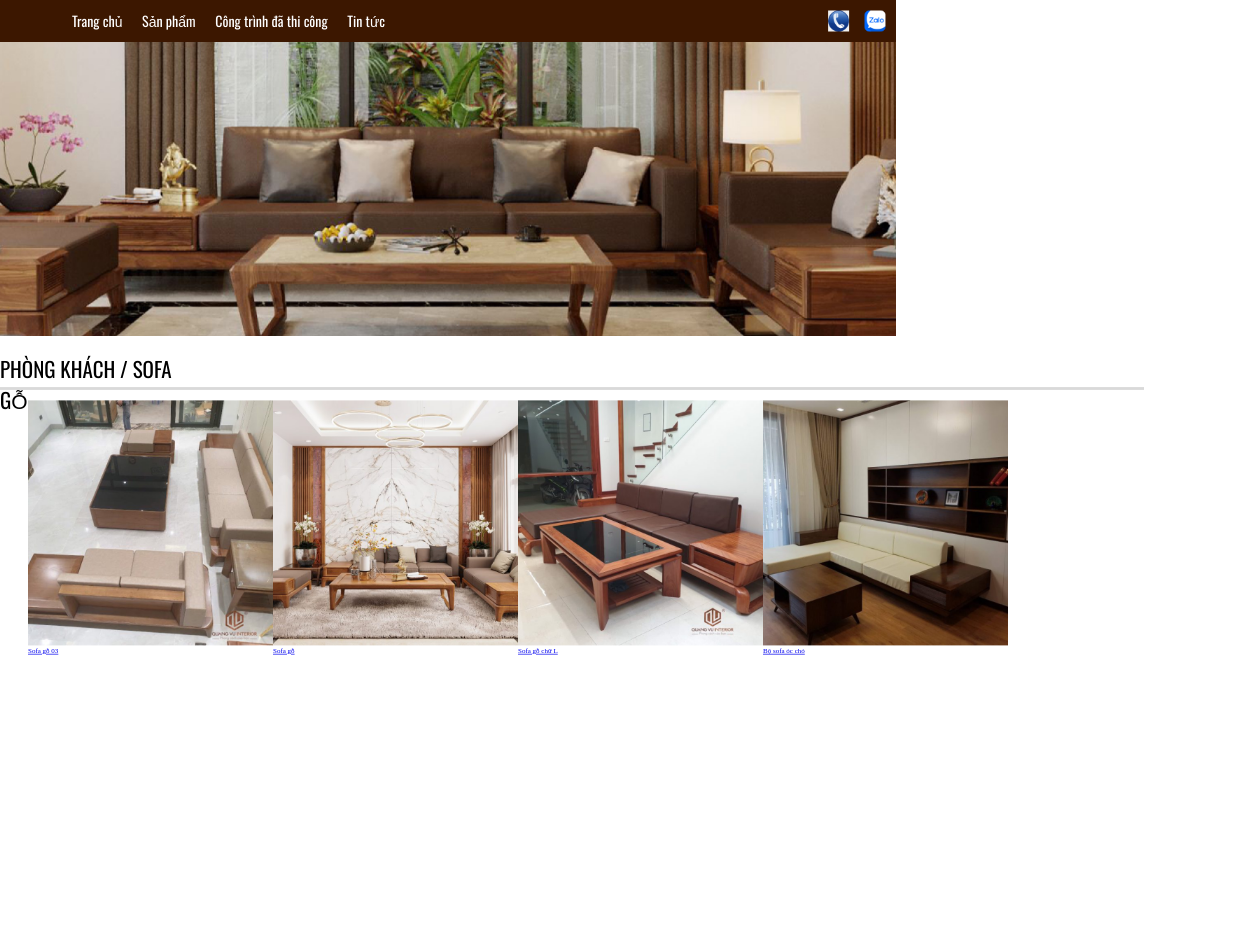
Repository: KHANHD192/FigmaTo-HTML
Page: APP-SHOP/index.html
These files come from the project's save history. The page is drawn as it stood at one moment and after the next save; the edit follows.
The browser window is 1280 px wide. The page is 1635 px wide, then 1800 px, so the pictures cover 1800 px, including what lies to the right of the window. The pictures show the part of the page from y = 0 to 1360 px (the page is 4340 px tall), at 70% of full size.

Above is the page before, as saved 2022-11-21 12:56:10.

After the next save:
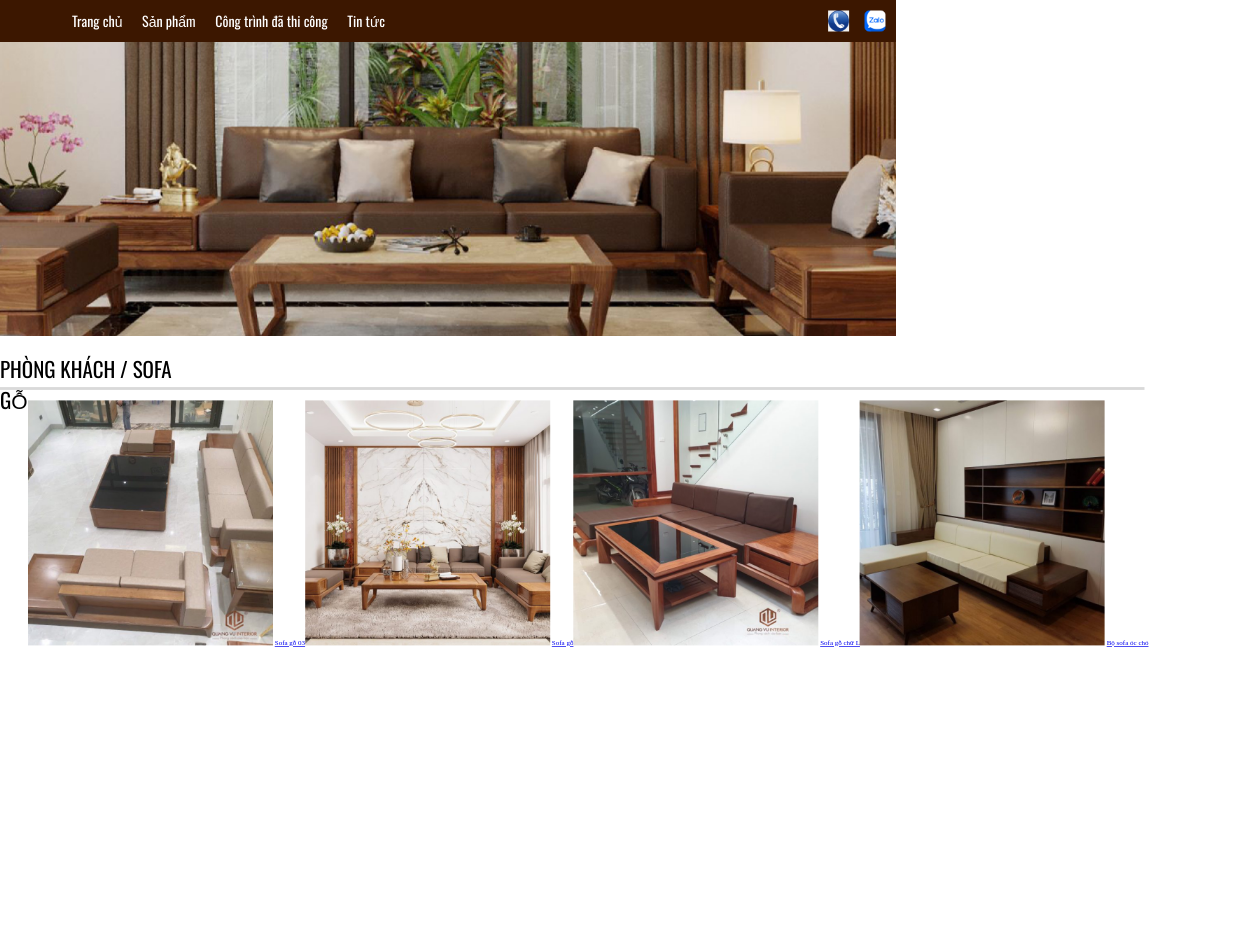
Saved 12 s later.
--- a/APP-SHOP/asset/Css_main/main.css
+++ b/APP-SHOP/asset/Css_main/main.css
@@ -1,5 +1,5 @@
 .app__container{
-  max-width: 1800px;
+  width: 1800px;
     height: 3835px;
 }
 .collect1 h2{
